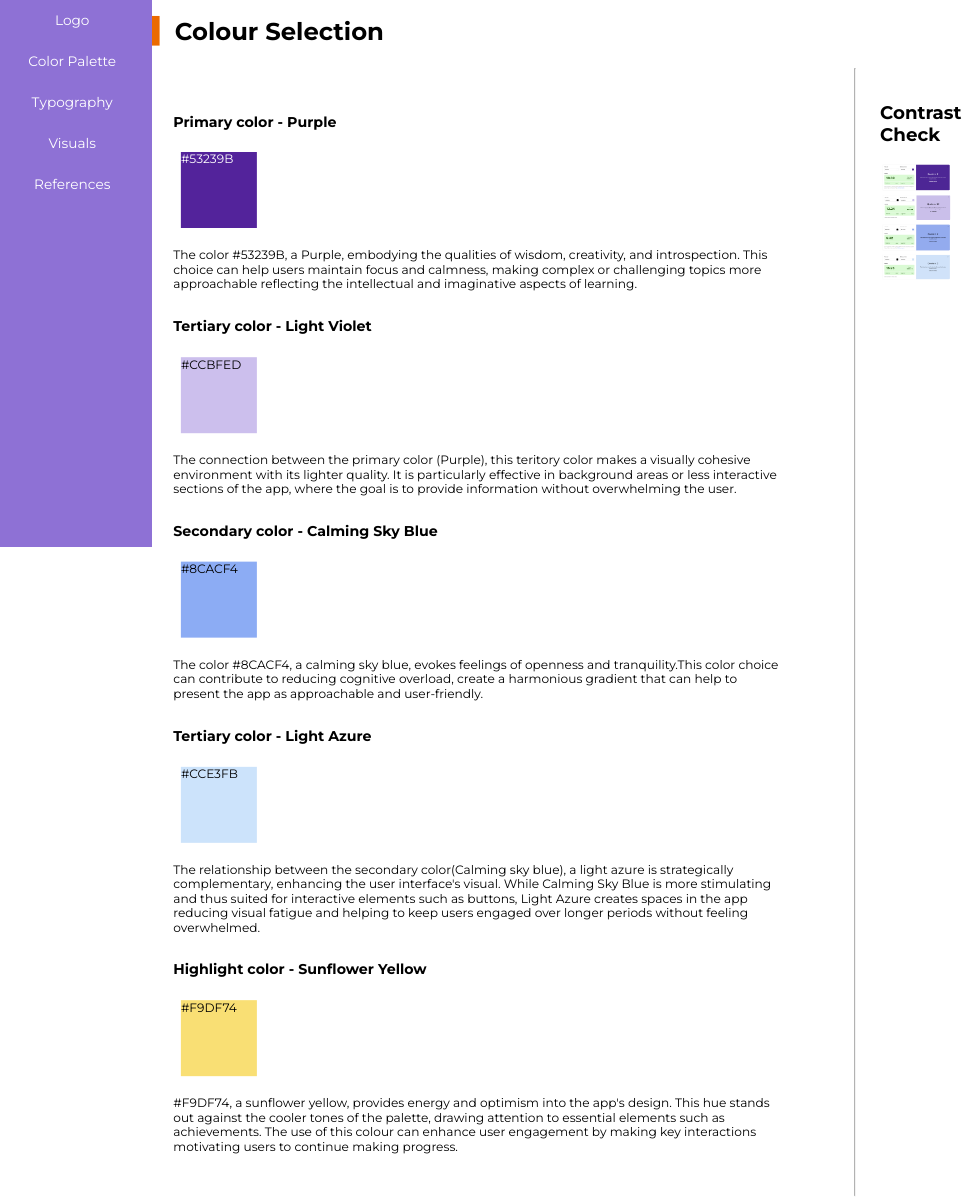
Repository: Irinalimm/PocketProfs-A5Styleguide
Page: pages/colour.html
These files come from the project's save history. The page is drawn as it stood at one moment and after the next save; the edit follows.
The browser window is 1280 px wide. The pictures show the whole page, at 76% of full size.
Some web libraries are served in a nearby version.

Above is the page before, as saved 2024-04-10 22:31:30.

After the next save:
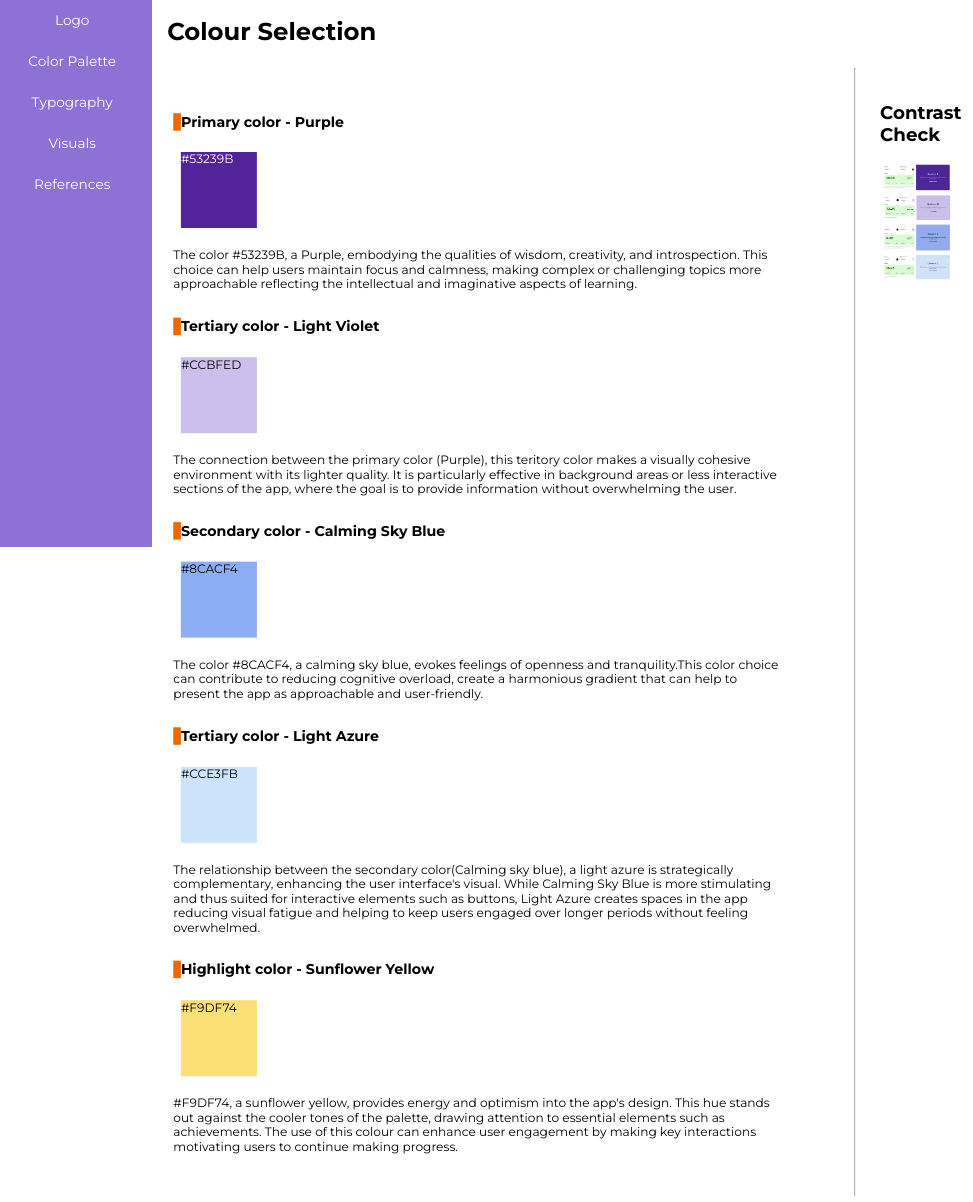
Saved 37 s later.
--- a/css/colour.css
+++ b/css/colour.css
@@ -15,8 +15,9 @@ body {
   padding-left: 20px;
 }
 
-h1{
+h3{
   border-left: 10px solid #eb6A00;
+  margin left
 }
 
 /* Style the side navigation */
